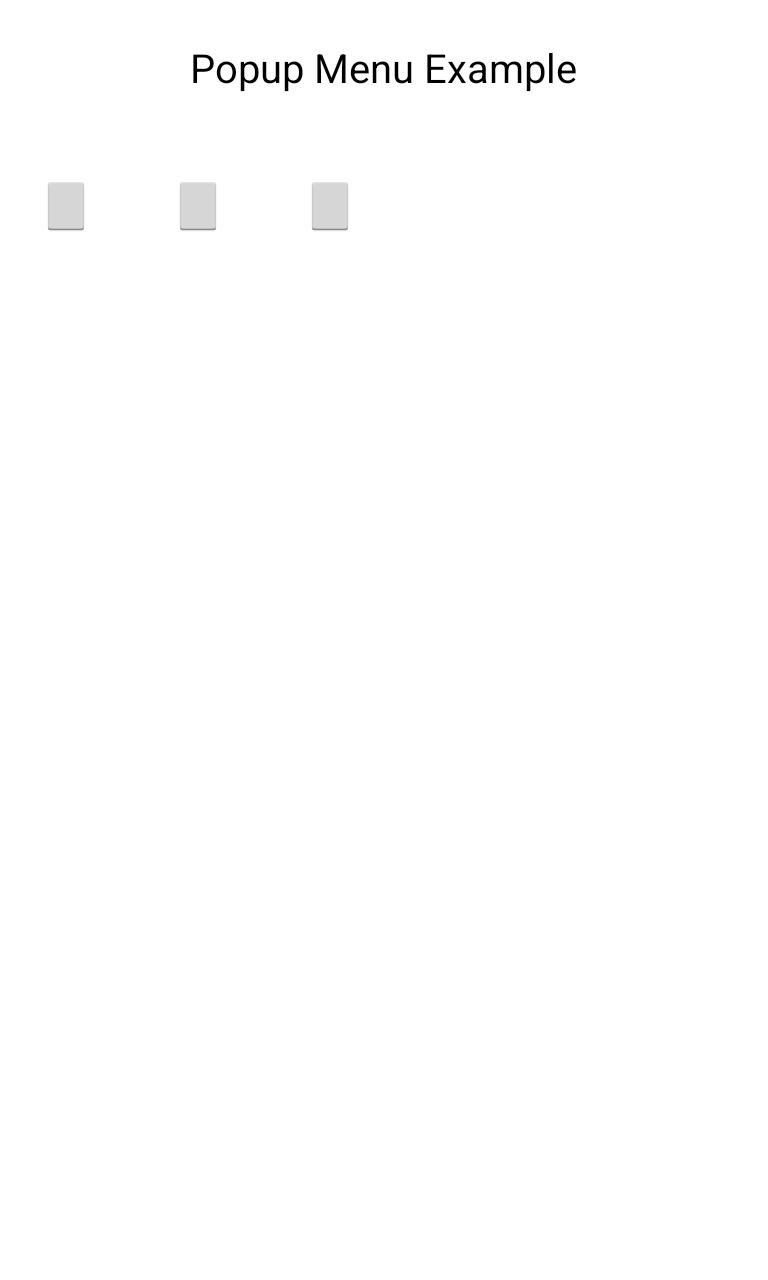
Repository: k-chung/fatelogin
Layout: popupmenu/Main/res/layout/main.xml
The author's editor kept a copy of each file at every save. The layout is drawn from the files as they stood at one save, then again after the next save.
It is drawn on a 768 x 1280 px phone screen (xhdpi) without system bars, with theme AppTheme; the app's code is not run.

Above is the layout before, as saved 2014-08-16 22:49:44.

### popupmenu/Main/res/layout/main.xml
<LinearLayout xmlns:android="http://schemas.android.com/apk/res/android"
    android:layout_width="fill_parent"
    android:layout_height="fill_parent"
    android:orientation="vertical">

    <TextView
        android:layout_width="wrap_content"
        android:layout_height="wrap_content"
        android:layout_gravity="center"
        android:textSize="20sp"
        android:textColor="#000000"
        android:layout_margin="20dip"
        android:text="Popup Menu Example" />

    <LinearLayout
        android:layout_width="wrap_content"
        android:layout_height="wrap_content"
        android:orientation="horizontal">
	    <ImageButton
	        android:layout_width="wrap_content"
	        android:layout_height="wrap_content"
	        android:layout_margin="20dip"
	        android:layout_gravity="center"
	        android:id="@+id/anchor"/>
	    <ImageButton
	        android:layout_width="wrap_content"
	        android:layout_height="wrap_content"
	        android:layout_margin="20dip"
	        android:layout_gravity="center"
	        android:id="@+id/person1"/>
	    <ImageButton
	        android:layout_width="wrap_content"
	        android:layout_height="wrap_content"
	        android:layout_margin="20dip"
	        android:layout_gravity="center"
	        android:id="@+id/person2"/>
    </LinearLayout>

    <TextView
        android:layout_width="wrap_content"
        android:layout_height="wrap_content"
        android:layout_margin="20dip"
        android:layout_gravity="center"
        android:textSize="40sp"
        android:textColor="#808080"
        android:id="@+id/selection"/>

</LinearLayout>

Loaded but not shown: popupmenu/Main/res/values/styles.xml (common file); popupmenu/Main/res/values-v11/styles.xml (common file); popupmenu/Main/res/values-v14/styles.xml (common file)

After the next save:
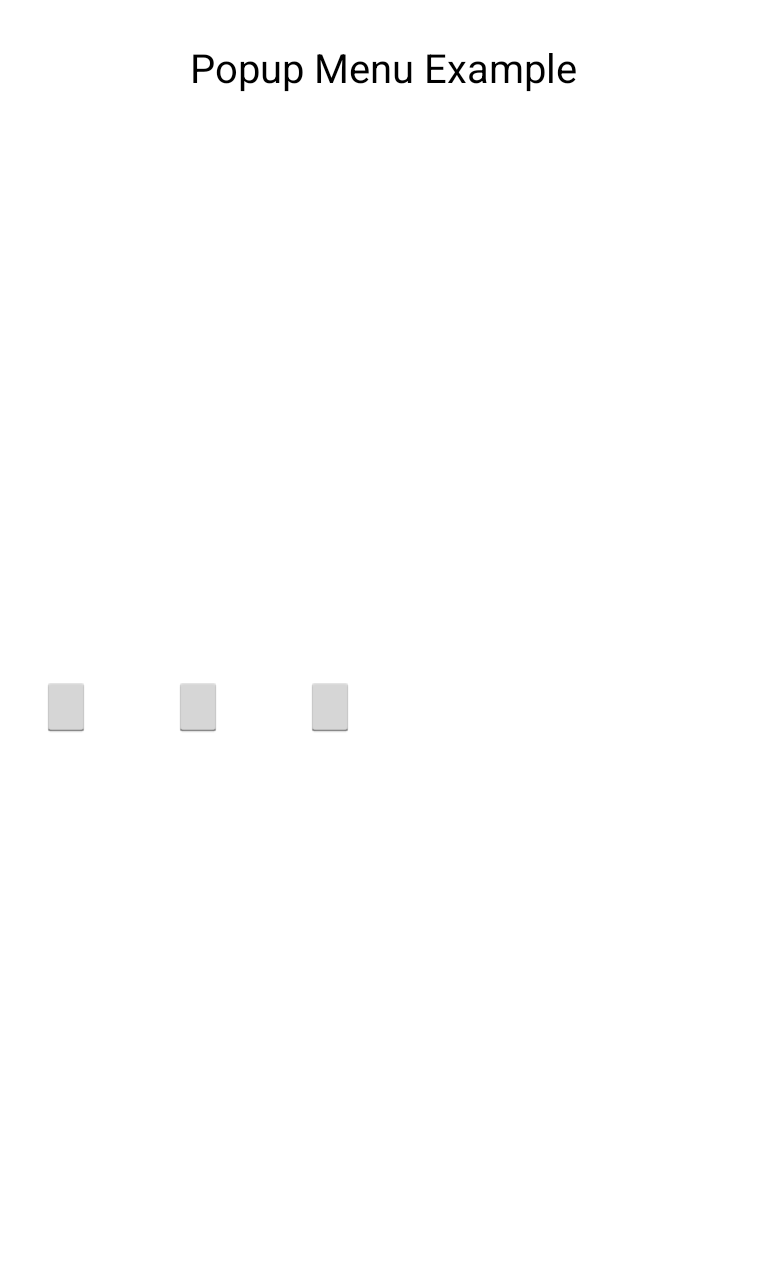
Saved 2 min 51 s later.
--- a/popupmenu/Main/res/layout/main.xml
+++ b/popupmenu/Main/res/layout/main.xml
@@ -13,8 +13,8 @@
         android:text="Popup Menu Example" />
 
     <LinearLayout
-        android:layout_width="wrap_content"
-        android:layout_height="wrap_content"
+        android:layout_width="match_parent"
+        android:layout_height="match_parent"
         android:orientation="horizontal">
 	    <ImageButton
 	        android:layout_width="wrap_content"
